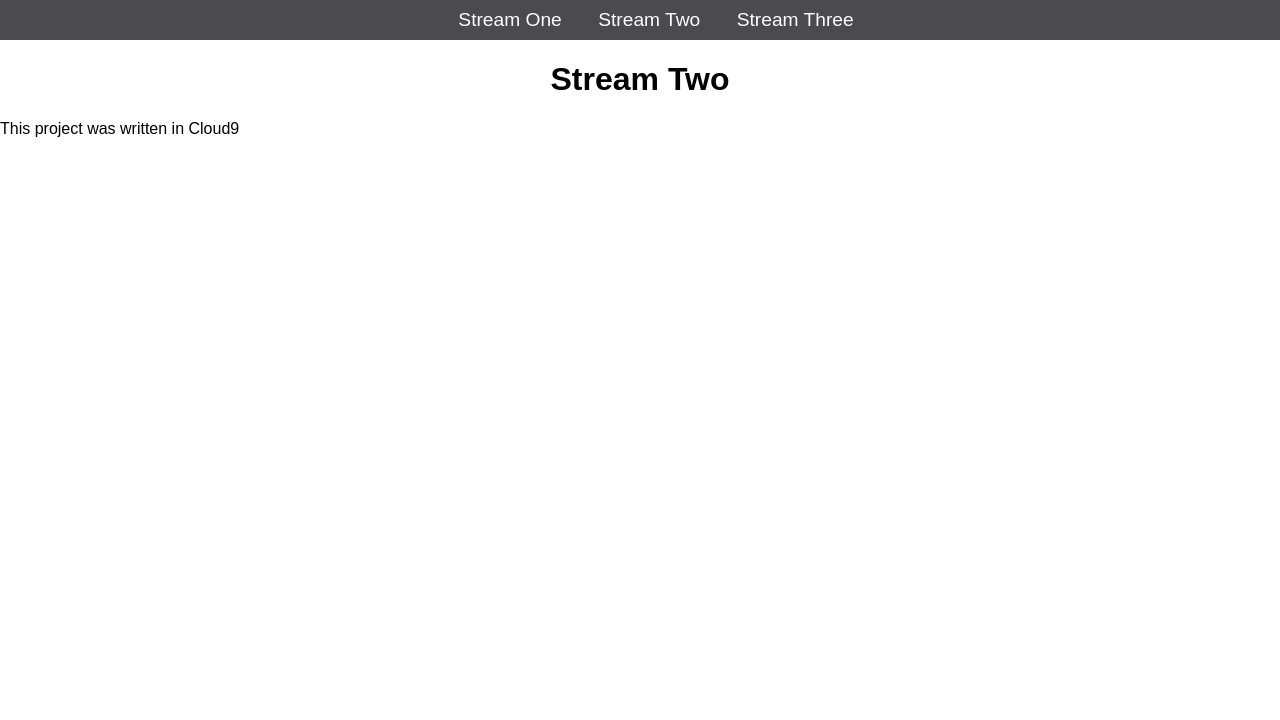
Repository: Leannald13/the-new-website
Page: Stream-two.html
The author's editor kept a record of every edit. The page is drawn from the files as they stood at one moment, then again after the next edit.
The browser window is 1280 px wide. The pictures show the whole page.

Above is the page before.

After the next edit:
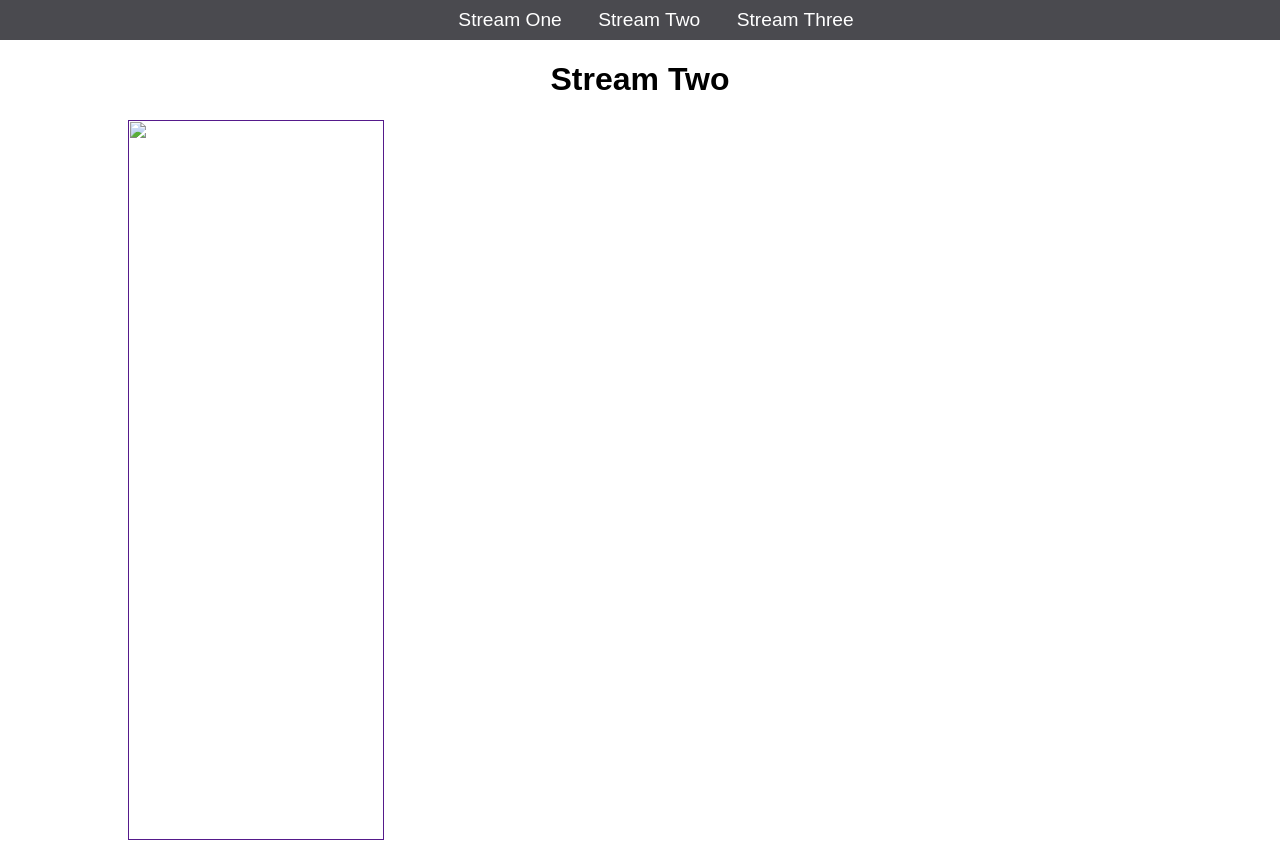
The edit:
--- a/Stream-two.html
+++ b/Stream-two.html
@@ -12,6 +12,12 @@
                  </ul>
              </nav>
              <h1>Stream Two</h1>
-             <p>This project was written in Cloud9</p>
+             <div class="card">
+                <a href="">
+                <img src=""/>
+
+                </a>
+
+             </div>
          </body>
 </html>
